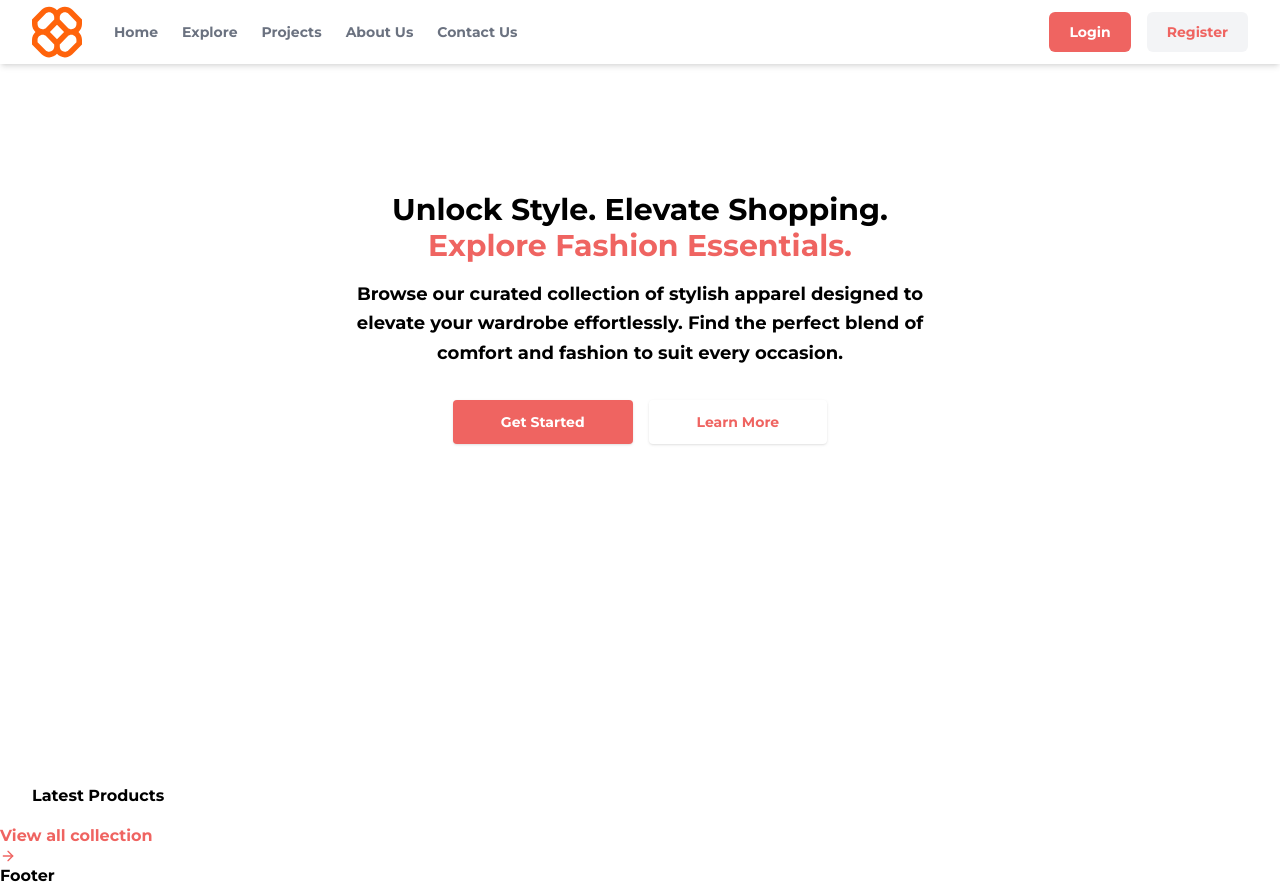
Repository: YahiaSala7/E-commerce-Project
Page: / (app in ecommerce/)
An editor plug-in stored every save of this project. The page is shown before and after the next save, followed by the edit.
The browser window is 1280 px wide. The pictures show the whole page.
The page's requests for data from a server got no answer. The project was rebuilt for these pictures with package versions that can differ from the ones it lists, and the page was loaded fresh each time. The framework's server and built-in components were replaced by stand-ins that run in the browser. No one was signed in, and anything a server would have sent is missing. Also part of the build but not shown: ecommerce/next.config.mjs, ecommerce/app/_Components/ProductItem.jsx.

Above is the page before, as saved 2024-07-26 02:08:52.

After the next save:
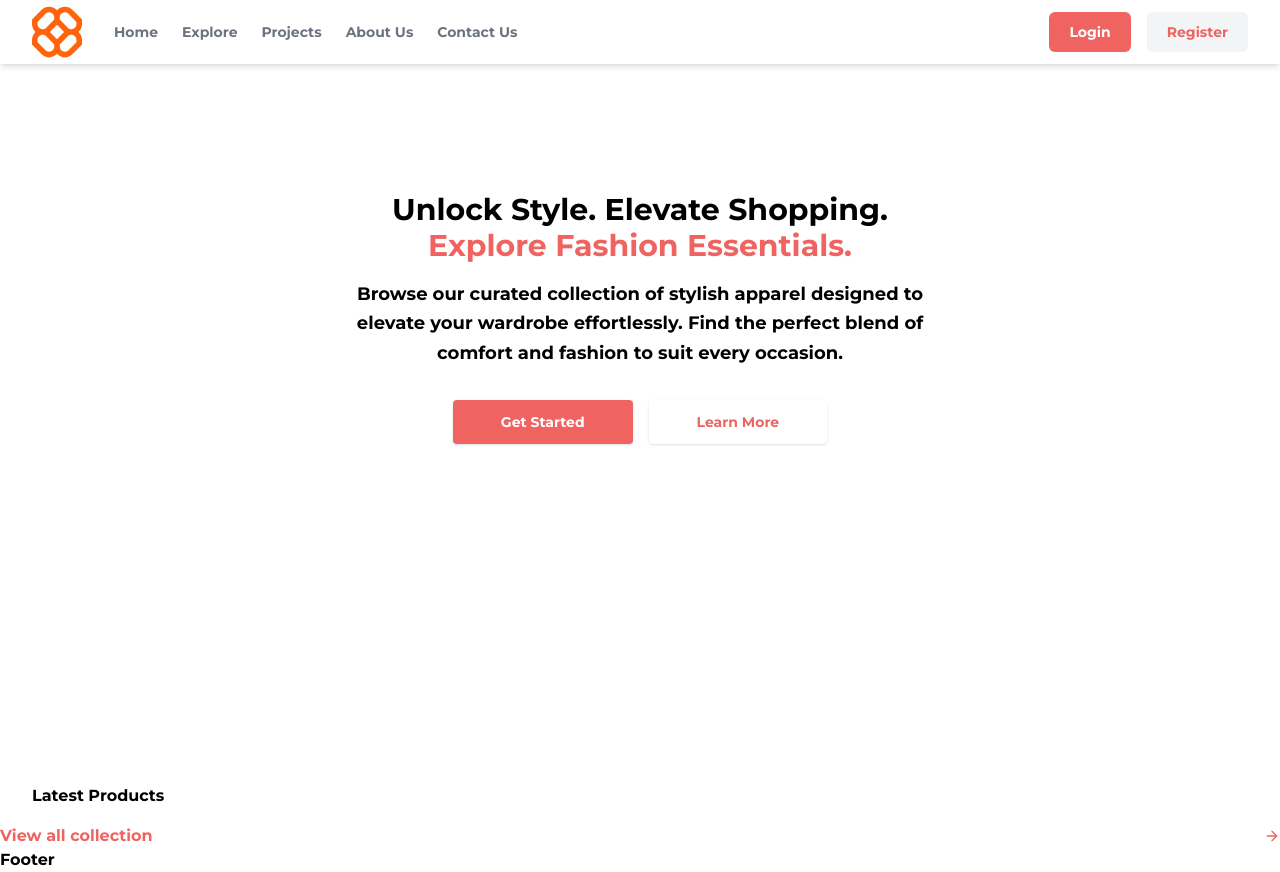
Saved 32 s later.
--- a/ecommerce/app/_Components/ProductsSection.jsx
+++ b/ecommerce/app/_Components/ProductsSection.jsx
@@ -7,7 +7,7 @@ function ProductsSection() {
     <>
       <div className="latest-products">
         <h2 className="mx-auto px-4 sm:px-6 lg:px-8 pb-4">Latest Products</h2>
-        <h4 className="text-primary">
+        <h4 className="text-primary flex justify-between items-center">
           View all collection <ArrowRight className="w-4 h-4 text-primary" />{" "}
         </h4>
         <LatestProducts />
